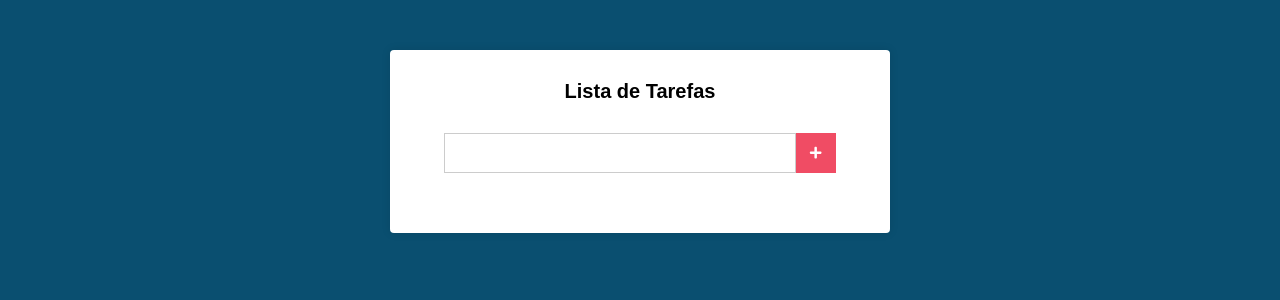
Repository: FellipeMiguel/lista-de-tarefas
Page: /
These files come from the project's save history. The page is drawn as it stood at one moment and after the next save; the edit follows.
The browser window is 1280 px wide. The pictures show the whole page.
The project was rebuilt for these pictures with package versions that can differ from the ones it lists, and the page was loaded fresh each time.

Above is the page before, as saved 2023-06-15 01:04:43.

### src/index.js
import React from "react"
import ReactDOM from "react-dom/client"

import App from "./App"

const root = ReactDOM.createRoot(document.getElementById("root"))
root.render(
  <React.StrictMode>
    <App />
  </React.StrictMode>,
)

### src/App.js
import Main from './components/Main'
import './App.css'

function App() {
  return <Main />
}

export default App

### src/components/Main.js
import React, { Component } from 'react'

import { FaEdit, FaWindowClose } from 'react-icons/fa'

import './Main.css'
import Form from './Form'

export default class Main extends Component {
  state = {
    newTask: '',
    tasks: [],
    index: -1,
  }

  componentDidMount() {
    const tasks = JSON.parse(localStorage.getItem('tasks'))

    if (!tasks) {
      return
    }

    this.setState({ tasks })
  }

  componentDidUpdate(prevProps, prevState) {
    const { tasks } = this.state
    if (tasks === prevState.tasks) {
      return
    }

    localStorage.setItem('tasks', JSON.stringify(tasks))
  }

  handleSubmit = (e) => {
    e.preventDefault()

    const { tasks, index } = this.state
    let { newTask } = this.state
    newTask = newTask.trim()

    if (tasks.indexOf(newTask) !== -1) {
      return
    }

    const newsTasks = [...tasks]

    if (index === -1) {
      this.setState({ tasks: [...newsTasks, newTask], newTask: '' })
    } else {
      newsTasks[index] = newTask
      this.setState({ tasks: newsTasks, index: -1, newTask: '' })
    }
  }

  handleChange = (e) => {
    this.setState({ newTask: e.target.value })
  }

  // Edit
  handleEdit = (e, index) => {
    const { tasks } = this.state

    this.setState({
      index,
      newTask: tasks[index],
    })
  }

  // Delete
  handleDelete = (e, index) => {
    const { tasks } = this.state
    const newsTasks = [...tasks]
    newsTasks.splice(index, 1)

    this.setState({ tasks: [...newsTasks] })
  }

  render() {
    const { newTask, tasks } = this.state

    return (
      <div className="main">
        <h1>Lista de Tarefas</h1>

        <Form
          handleSubmit={this.handleSubmit}
          handleChange={this.handleChange}
          newTask={newTask}
        />

        <ul className="tasks">
          {tasks.map((task, index) => (
            <li key={task}>
              {task}
              <span>
                <FaEdit
                  onClick={(e) => this.handleEdit(e, index)}
                  className="edit"
                />

                <FaWindowClose
                  onClick={(e) => this.handleDelete(e, index)}
                  className="delete"
                />
              </span>
            </li>
          ))}
        </ul>
      </div>
    )
  }
}

### src/components/Main.css
.main {
  background: #fff;
  padding: 30px;
  margin: 50px auto;
  max-width: 500px;
  border-radius: 4px;
  box-shadow: 0 0 10px rgba(0, 0, 0, 0.1);
}

.main h1 {
  font-size: 20px;
  text-align: center;
}

.tasks {
  margin-top: 30px;
}

.tasks li {
  display: flex;
  align-items: center;
  justify-content: space-between;
  padding: 20px 15px;
  transition: all 600ms ease-in-out;
  border-bottom: 1px solid #0a4f70;
}

.tasks li:last-child{
  border: none
}

.tasks li:hover {
  background: #51c5de;
}

.tasks li span {
  display: flex;
  align-items: center;
}

.tasks li .edit {
  margin-right: 15px;
  color: #51c5de;
}

.tasks li .delete {
  color: #f04c64;
}

.tasks li:hover .edit, .tasks li:hover .delete {
  color: #000;
}

.tasks li .edit, .tasks li .delete {
  cursor: pointer;
  transition: all 600ms ease-in-out;
}

### src/components/Form/index.js
import React from 'react'
import PropTypes from 'prop-types'
import { FaPlus } from 'react-icons/fa'

import './Form.css'

export default function Form({ handleChange, handleSubmit, newTask }) {
  return (
    <form onSubmit={handleSubmit} action="#" className="form">
      <input value={newTask} onChange={handleChange} type="text" />
      <button type="submit">
        <FaPlus />
      </button>
    </form>
  )
}

Form.propTypes = {
  handleChange: PropTypes.func.isRequired,
  handleSubmit: PropTypes.func.isRequired,
  newTask: PropTypes.string.isRequired,
}

### src/components/Form/Form.css
.form {
  margin-top: 30px;
  display: flex;
  align-items: center;
  justify-content: center;
}

.form input[type="text"] {
  height: 40px;
  padding: 0 20px;
  font-size: 20px;
  border: 1px solid #ccc;
  min-width: 80%;
}

.form button[type="submit"] {
  border: none;
  height: 40px;
  width: 40px;
  background: #f04c64;
  color: #fff;
  display: flex;
  align-items: center;
  justify-content: center;
}

Loaded but not shown: public/index.html (common file); src/App.css (common file)

After the next save:
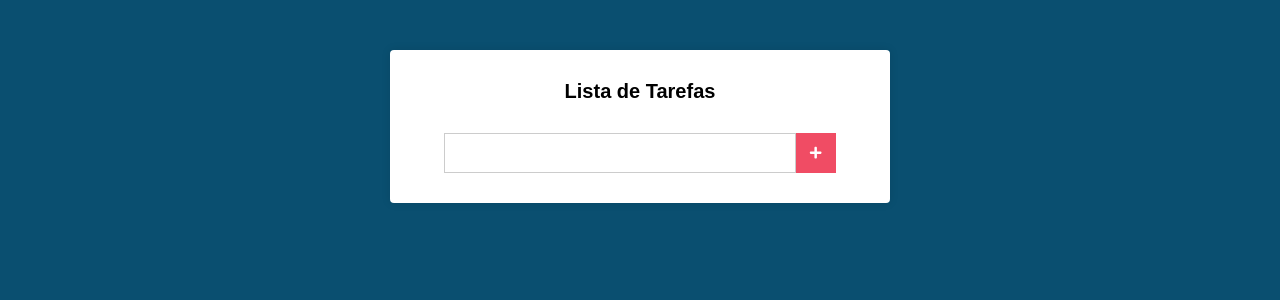
Saved 5 min 3 s later.
--- a/src/components/Main.js
+++ b/src/components/Main.js
@@ -87,25 +87,6 @@ export default class Main extends Component {
           handleChange={this.handleChange}
           newTask={newTask}
         />
-
-        <ul className="tasks">
-          {tasks.map((task, index) => (
-            <li key={task}>
-              {task}
-              <span>
-                <FaEdit
-                  onClick={(e) => this.handleEdit(e, index)}
-                  className="edit"
-                />
-
-                <FaWindowClose
-                  onClick={(e) => this.handleDelete(e, index)}
-                  className="delete"
-                />
-              </span>
-            </li>
-          ))}
-        </ul>
       </div>
     )
   }
